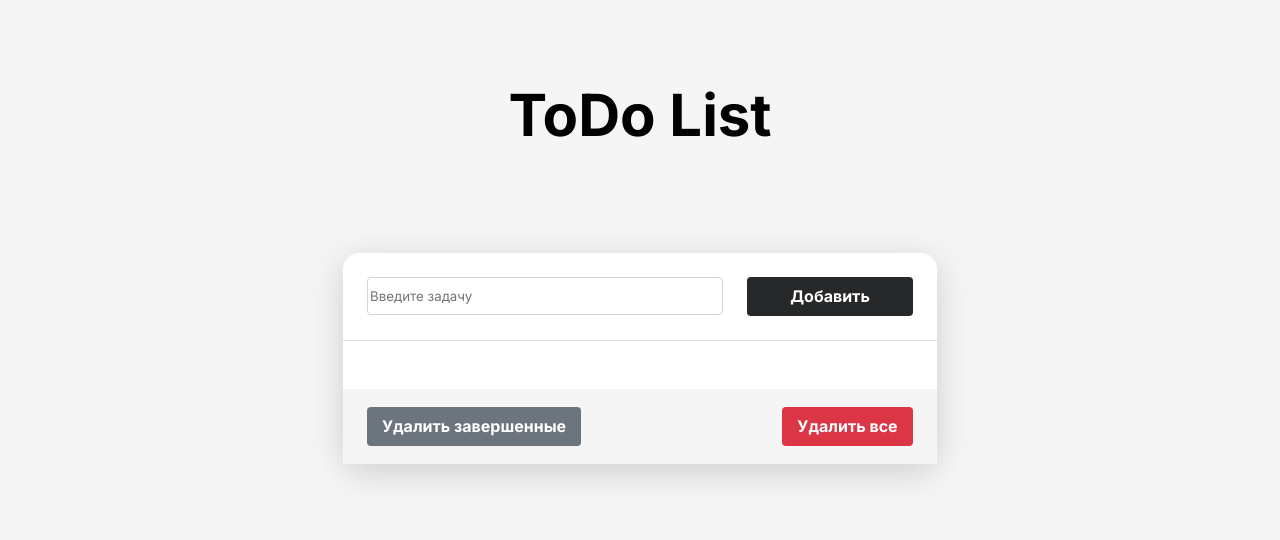
Repository: Tchistyakov/todolist
Page: /, after clicking the first element matching `button.add`
The author's editor kept a copy of each file at every save. The page is drawn from the files as they stood at one save, then again after the next save.
The browser window is 1280 px wide. The pictures show the whole page.
The project was rebuilt for these pictures with package versions that can differ from the ones it lists, and the page was loaded fresh each time.

Above is the page before, as saved 2021-11-26 14:31:38.

### src/App.js
import Body from './Body/Body';
import './App.css';

function App() {
  return (
    <>
      <Body />
    </>
  );
}

export default App;

### src/Body/Body.js
import Main from '../Main/Main'

function Body() {
    return (
        <>
            <h1>ToDo List</h1>
            <div className="window">
                <Main />
            </div>
        </>
    );
}

export default Body;

### src/App.css
/* .App {
  text-align: center;
}

.App-logo {
  height: 40vmin;
  pointer-events: none;
}

@media (prefers-reduced-motion: no-preference) {
  .App-logo {
    animation: App-logo-spin infinite 20s linear;
  }
}

.App-header {
  background-color: #282c34;
  min-height: 100vh;
  display: flex;
  flex-direction: column;
  align-items: center;
  justify-content: center;
  font-size: calc(10px + 2vmin);
  color: white;
}

.App-link {
  color: #61dafb;
}

@keyframes App-logo-spin {
  from {
    transform: rotate(0deg);
  }
  to {
    transform: rotate(360deg);
  }
} */

@import url("https://fonts.googleapis.com/css2?family=Inter:wght@300;400;700&family=Mulish&display=swap");

body,
html {
  margin: 0;
  padding: 0;
  text-decoration: none;
  background: #f5f5f5;
}

label {
  font-weight: normal;
  font-size: 16px;
  line-height: 21px;
  color: #54595e;
}

* {
  font-family: "Inter";
  border: none;
}

h1 {
  text-align: center;
  position: relative;
  top: 80px;
  margin: 0;
  font-weight: bold;
  font-size: 58px;
  line-height: 70px;

  color: #000000;
}

span {
  color: red;
}

.window {
  position: relative;
  top: 183px;
  margin: 0 auto;
  width: 594px;
  min-height: 100px;
  background: #ffffff;
  box-shadow: 0px 8px 35px rgba(0, 0, 0, 0.16);
  border-radius: 16px;
}

.div-flex {
  display: flex;
  justify-content: space-between;
}

.header {
  padding: 24px;
  border-bottom: 1px solid #dee2e6;
}

.main {
  padding: 24px;
}

.footer {
  padding: 18px 24px;
  background-color: #f5f5f5;
}

.inpt {
  background: #ffffff;
  border: 1px solid #ced4da;
  width: 356px;
  height: 38px;
  box-sizing: border-box;
  border-radius: 4px;
}

.add {
  width: 166px;
  height: 39px;
  background: #272829;
  border-radius: 4px;
  font-weight: 600;
  font-size: 16px;
  line-height: 19px;
  text-align: center;
  color: #ffffff;
}

.del-check {
  width: 214px;
  height: 39px;
  background: #6c757d;
  border-radius: 4px;
  font-weight: 600;
  font-size: 16px;
  line-height: 19px;
  text-align: center;
  color: #ffffff;
}

.del-all {
  width: 131px;
  height: 39px;
  background: #dc3545;
  border-radius: 4px;
  font-weight: 600;
  font-size: 16px;
  line-height: 19px;
  text-align: center;
  color: #ffffff;
}

.li {
  display: flex;
  justify-content: space-between;
  margin: 24px 0;
}

input:checked ~ label {
  text-decoration: line-through;
}

.list {
  margin: 0;
  padding: 0;
}

.x:hover {
  cursor: pointer;
}

### src/Main/Main.js
import React, { useState } from "react";

function Main() {

    const [todos, setTodos] = useState([])
    const [todoList, setTodoList] = useState('')

    function add() {

        setTodos(todos => [...todos, todoList])
    }

    function Tag() {

        return (
        <>
            <div className='div-flex'>
                <input type="checkbox" />
                <label>{todos}Какая-то задача</label>
                <span className="x">❌</span>
            </div>
        </>)
    }


    return (
        <>
            <header className="div-flex header">
                <div>
                    <input type="text" className="inpt" id="input"
                        placeholder="Введите задачу" value={todoList}
                        onChange={event => setTodoList(event.target.value)}
                    />
                </div>
                <div>
                    <button className="add" onClick={add}>Добавить</button>
                </div>
            </header>
            <main className="main">
                <ul type="none" id="todo" className="list">

                </ul>
            </main>
            <footer className="div-flex footer">
                <div>
                    <button className="del-check">Удалить завершенные</button>
                </div>
                <div>
                    <button className="del-all">Удалить все</button>
                </div>
            </footer>
        </>
    )
}

export default Main

Loaded but not shown: public/index.html (common file); src/index.js (common file); src/index.css (common file); src/reportWebVitals.js (common file)

After the next save:
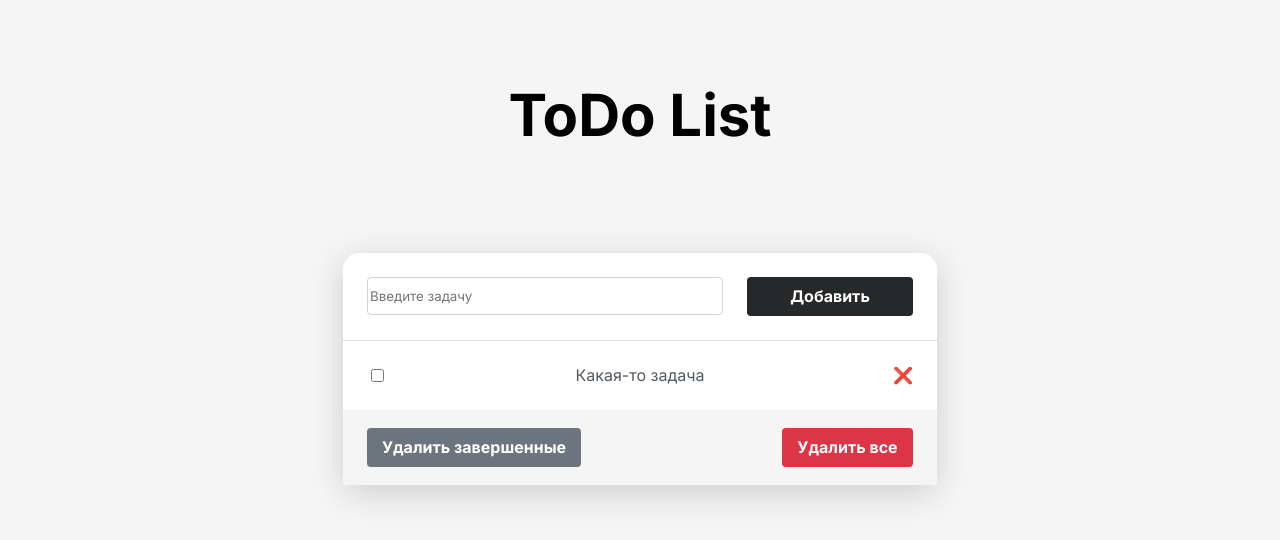
Saved 6 s later.
--- a/src/Main/Main.js
+++ b/src/Main/Main.js
@@ -38,7 +38,7 @@ function Main() {
             </header>
             <main className="main">
                 <ul type="none" id="todo" className="list">
-
+                    <Tag />
                 </ul>
             </main>
             <footer className="div-flex footer">
